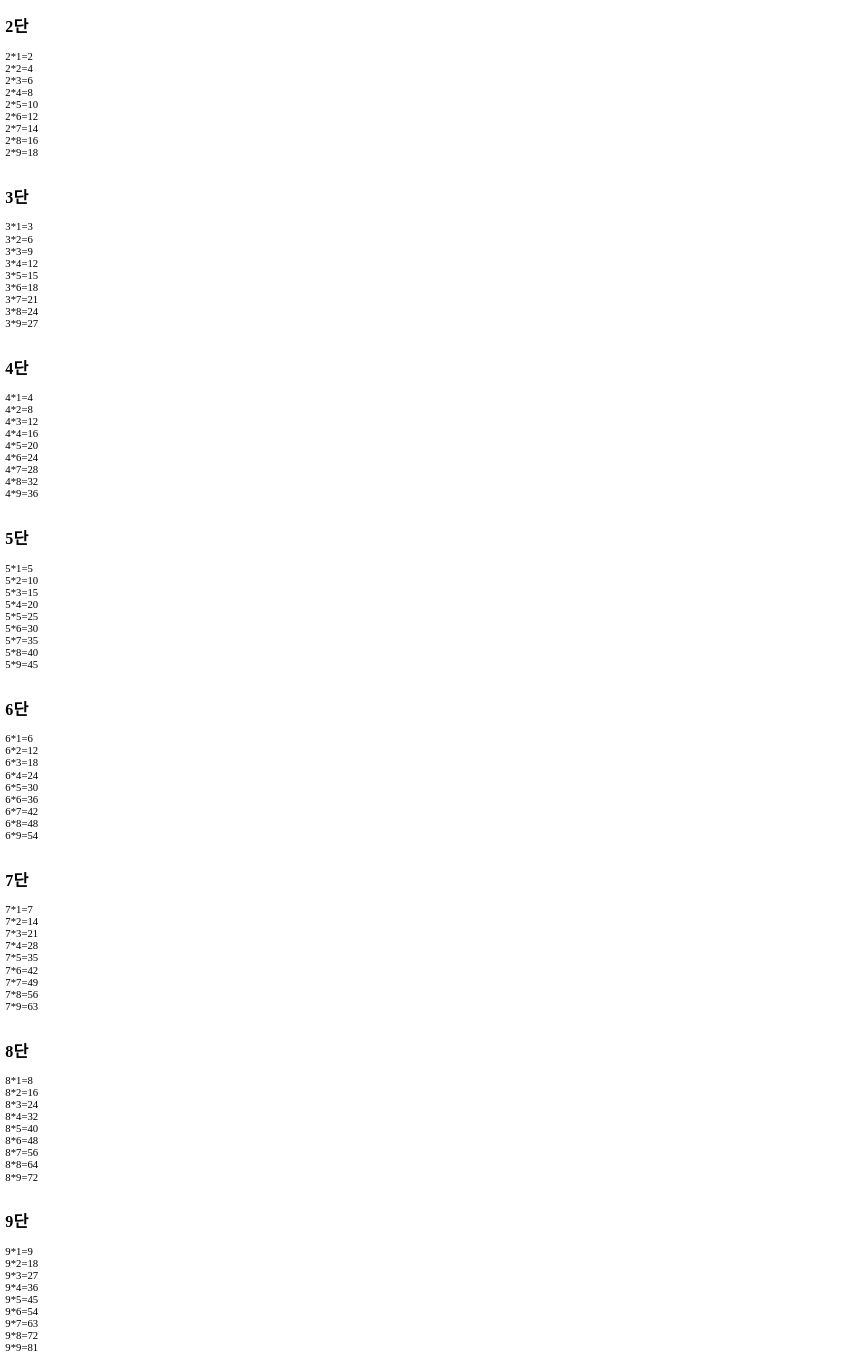
Repository: Park-Dongheon/Servlet-JSP_Training
Page: http://localhost/MissionJSP/Gugudan2.jsp
An editor plug-in stored every save of this project. The page is shown before and after the next save, followed by the edit.
The browser window is 1280 px wide. The pictures show the whole page, at 67% of full size.
The page is served by Tomcat 10. Other server files are loaded and not shown.

Above is the page before, as saved 2024-06-13 13:34:12.

### MissionJSP/src/main/webapp/Gugudan2.jsp
<%@ page language="java" contentType="text/html; charset=UTF-8"
	pageEncoding="UTF-8"%>

<!DOCTYPE html>
<html>
<head>
<meta charset="UTF-8">
<title>구구단</title>
</head>
<body>
	<%
	String dir = request.getParameter("dir");

	if (dir == null) {
		dir = "ver";	// 기본값 설정
	}

	if (dir.equalsIgnoreCase("ver")) {

		for (int i = 2; i <= 9; i++) {
			out.print(String.format("<h2>%d단</h2>", i));
			for (int j = 1; j <= 9; j++) {
				out.print(i + "*" + j + "=" + (i * j) + "<br />");
			}
			out.print("<br />");
		}
	} else if (dir.equalsIgnoreCase("hor")) {
		for (int i = 2; i <= 9; i++) {
			out.print(String.format("<h2>%d단</h2>", i));
			for (int j = 1; j <= 9; j++) {
				out.print(i + "*" + j + "=" + (i * j) + "&nbsp;&nbsp;&nbsp;");
			}
			out.print("<br />");
		}
	}
	%>
</body>
</html>

After the next save:
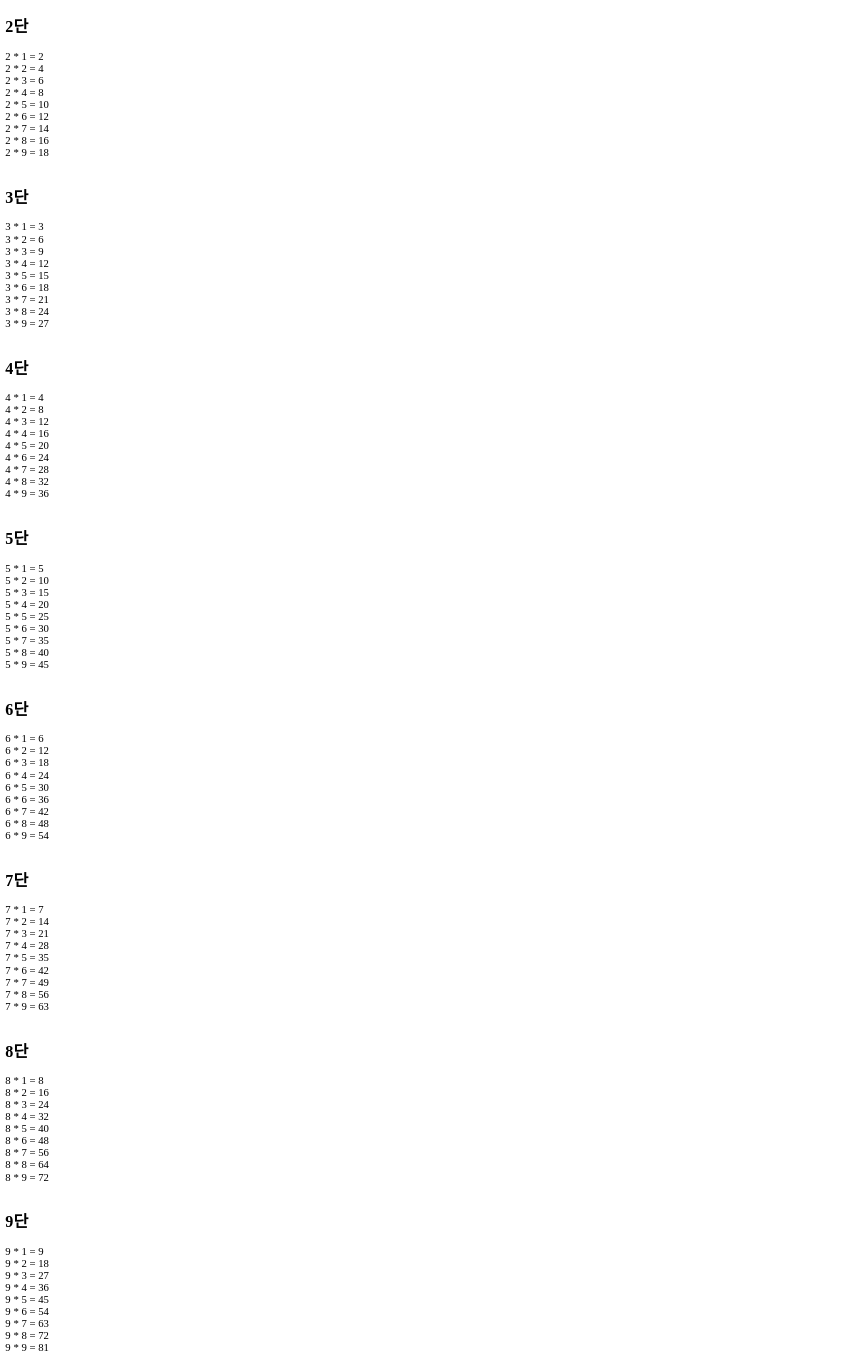
Saved 12 s later.
--- a/MissionJSP/src/main/webapp/Gugudan2.jsp
+++ b/MissionJSP/src/main/webapp/Gugudan2.jsp
@@ -20,7 +20,7 @@
 		for (int i = 2; i <= 9; i++) {
 			out.print(String.format("<h2>%d단</h2>", i));
 			for (int j = 1; j <= 9; j++) {
-				out.print(i + "*" + j + "=" + (i * j) + "<br />");
+				out.print(i + " * " + j + " = " + (i * j) + "<br />");
 			}
 			out.print("<br />");
 		}
@@ -28,7 +28,7 @@
 		for (int i = 2; i <= 9; i++) {
 			out.print(String.format("<h2>%d단</h2>", i));
 			for (int j = 1; j <= 9; j++) {
-				out.print(i + "*" + j + "=" + (i * j) + "&nbsp;&nbsp;&nbsp;");
+				out.print(i + " * " + j + " = " + (i * j) + "&nbsp;&nbsp;&nbsp;");
 			}
 			out.print("<br />");
 		}
